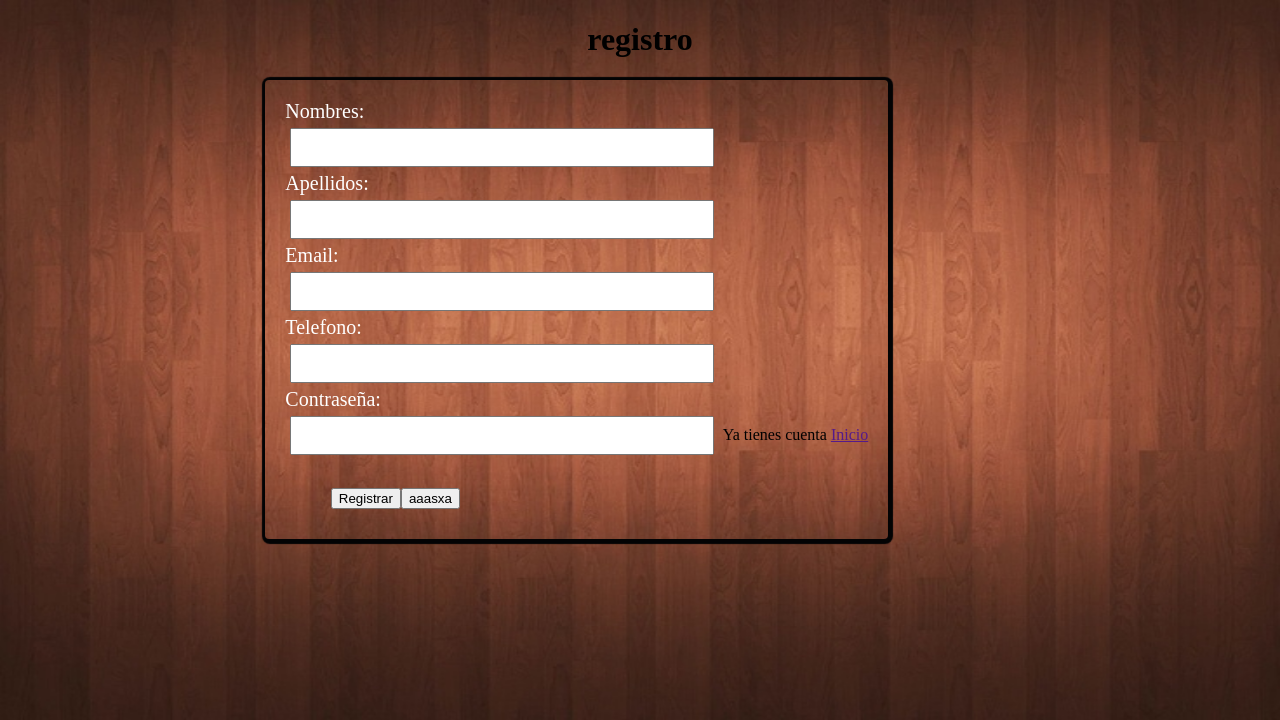
Repository: ye909/aplicacion_restaurante
Page: public/templeis/registro.html
An editor plug-in stored every save of this project. The page is shown before and after the next save, followed by the edit.
The browser window is 1280 px wide. The pictures show the whole page.

Above is the page before, as saved 2024-11-12 21:47:09.

After the next save:
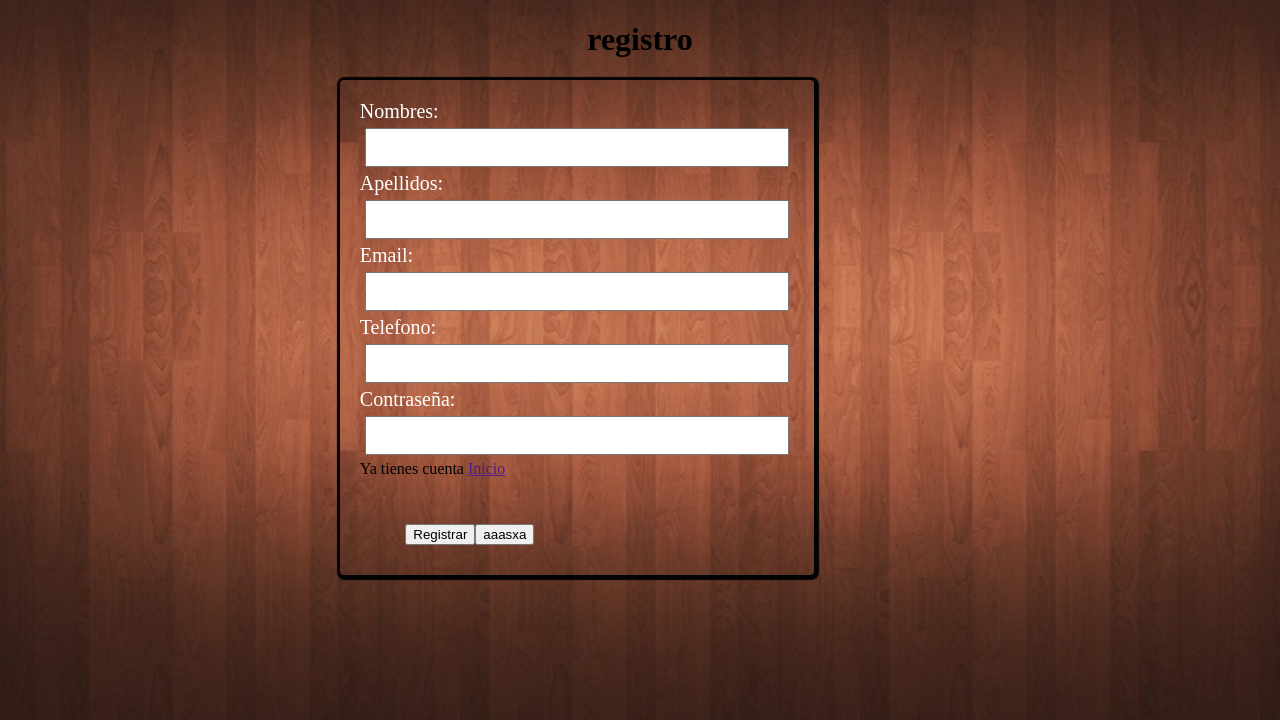
Saved 20 s later.
--- a/public/templeis/registro.html
+++ b/public/templeis/registro.html
@@ -24,7 +24,7 @@
             <br>
             <label for="password">Contraseña:</label><br>
             <input type="password" id="password" name="password">
-            Ya tienes cuenta <a href="">Inicio</a>
+           <div> Ya tienes cuenta <a href="">Inicio</a></div>
             <br><br>
             <div class="container_btn">
                 <button>Registrar</button>
